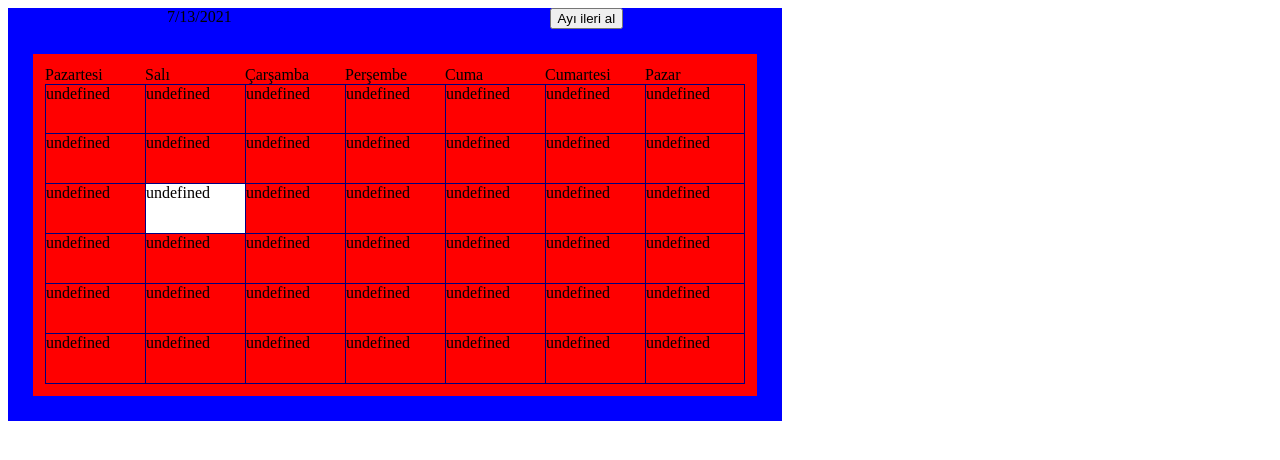
Repository: ahmetbugraozcan/javascript-calendar
Page: tablo.html
The author's editor kept a copy of each file at every save. The page is drawn from the files as they stood at one save, then again after the next save.
The browser window is 1280 px wide. The pictures show the whole page.
After loading, the first visible `button` was clicked once.

Above is the page before, as saved 2021-07-13 10:27:32.

### tablo.html
<!DOCTYPE html>
<html lang="en">

<head>
    <meta charset="UTF-8">
    <meta http-equiv="X-UA-Compatible" content="IE=edge">
    <meta name="viewport" content="width=device-width, initial-scale=1.0">
    <title>Document</title>
</head>
<!--pazartesi salı çarş... için arrayler oluştur. arraylere göre günleri yerleştir.-->
<style>
    * {
        box-sizing: border-box;
    }

    .cell-last {
        border-right: 1px solid navy;

    }

    .cell-top {
        border-top: 1px solid navy;
    }

    /* her hücre*/
    .cell,
    .cell-top,
    .cell-last {
        text-overflow: clip;
        white-space: nowrap;
        overflow: hidden;
        border-bottom: 1px solid navy;
        border-left: 1px solid navy;
        width: 100px;
        height: 50px;
    }


    /*tablonun kendisi*/
    .calendar {
        margin: 25px;
        padding: 12px;
        display: flex;
        width: fit-content;
        background-color: red;
    }


    .container {
        background-color: blue;
        display: flex;
        width: fit-content;
        flex-direction: column;
    }

    .test {
        display: flex;
        justify-content: space-around;
    }
</style>

<body>

    <div class="container">

        <div class="test">
            <span id="currentDate"></span>

            <span><button type="button" onclick="nextDate()">Ayı ileri al</button></span>
        </div>
        <div class="calendar">
            <div>
                <div>Pazartesi</div>
                <div class="cell-top" id="pazartesi0">1</div>
                <div class="cell" id="pazartesi1">1</div>
                <div class="cell" id="pazartesi2">1</div>
                <div class="cell" id="pazartesi3">1</div>
                <div class="cell" id="pazartesi4">1</div>
                <div class="cell" id="pazartesi5">1</div>
            </div>
            <div>
                <div>Salı</div>
                <div class="cell-top" id="sali0">1</div>
                <div class="cell" id="sali1">1</div>
                <div class="cell" id="sali2">1</div>
                <div class="cell" id="sali3">1</div>
                <div class="cell" id="sali4">1</div>
                <div class="cell" id="sali5">1</div>
            </div>
            <div>
                <div>Çarşamba</div>
                <div class="cell-top" id="carsamba0">1</div>
                <div class="cell" id="carsamba1">1</div>
                <div id="carsamba2" class="cell">1</div>
                <div id="carsamba3" class="cell">1</div>
                <div id="carsamba4" class="cell">1</div>
                <div id="carsamba5" class="cell">1</div>
            </div>
            <div>
                <div>Perşembe</div>
                <div class="cell-top" id="persembe0">1</div>
                <div class="cell" id="persembe1">1</div>
                <div id="persembe2" class="cell">1</div>
                <div id="persembe3" class="cell">1</div>
                <div id="persembe4" class="cell">1</div>
                <div id="persembe5" class="cell">1</div>
            </div>
            <div>
                <div>Cuma</div>
                <div class="cell-top" id="cuma0">1</div>
                <div class="cell" id="cuma1">1</div>
                <div id="cuma2" class="cell">1</div>
                <div id="cuma3" class="cell">1</div>
                <div id="cuma4" class="cell">1</div>
                <div id="cuma5" class="cell">1</div>
            </div>
            <div>
                <div>Cumartesi</div>
                <div class="cell-top" id="cumartesi0">1</div>
                <div class="cell" id="cumartesi1">1</div>
                <div class="cell" id="cumartesi2">1</div>
                <div class="cell" id="cumartesi3">1</div>
                <div class="cell" id="cumartesi4">1</div>
                <div class="cell" id="cumartesi5">1</div>

            </div>
            <div>
                <div>Pazar</div>
                <div id="pazar0" class="cell-top" style="border-right: 1px solid navy;">1</div>
                <div id="pazar1" class="cell-last">1</div>
                <div id="pazar2" class="cell-last">1</div>
                <div id="pazar3" class="cell-last">1</div>
                <div id="pazar4" class="cell-last">1</div>
                <div id="pazar5" class="cell-last">1</div>
            </div>
        </div>
    </div>
    <script>
        function daysInMonth(month, year) {
            return new Date(year, month, 0).getDate();
        }

        var pazartesi = [];
        var sali = [];
        var carsamba = [];
        var persembe = [];
        var cuma = [];
        var cumartesi = [];
        var pazar = [];
        var gunler = ["pazar", "pazartesi", "sali", "carsamba", "persembe", "cuma", "cumartesi"];
        var baslanacakDate = new Date(2021, 6, 1);

        fillCalendar();




        function fillCalendar(){
        var firstDate = baslanacakDate.getDay();
        if (firstDate == 0) {
            firstDate = 7;
        }
        baslanacakDate.setDate((baslanacakDate.getDate()) - (firstDate));
        // var today = new Date();
        // var todayWithoutTime = new Date(today.getFullYear(), today.getMonth(), today.getDate() );


        var counter = 0;
        for (let i = 1; i <= 42; i++) {
            baslanacakDate.setDate((baslanacakDate.getDate()) + (1));
            // bir tabloda 42 gün var o ayın kaç çektiğini bul bu aydan geriye kaç sayacağız ona bul bu aydan ileri kaç sayacağız onu bul ve ona göre bir date oluştur.
            //ardından bu for döngüsünü kullan

            // if(baslanacakDate.toDateString() ==  todayWithoutTime.toDateString()){
            //     console.log("bugün eşitlendi : " + i);
            //     counter = i;
            // }

            switch (baslanacakDate.getDay()) {
                case 0:
                    pazar.push(baslanacakDate.toLocaleDateString());

                    break;
                case 1:
                    pazartesi.push(baslanacakDate.toLocaleDateString());
                    break;
                case 2:
                    sali.push(baslanacakDate.toLocaleDateString());
                    break;
                case 3:
                    carsamba.push(baslanacakDate.toLocaleDateString());
                    break;

                case 4:
                    persembe.push(baslanacakDate.toLocaleDateString());
                    break;

                case 5:
                    cuma.push(baslanacakDate.toLocaleDateString());
                    break;

                case 6:
                    cumartesi.push(baslanacakDate.toLocaleDateString());
                    break;
            }
        }

        var currentDate = new Date();
        document.getElementById("currentDate").innerHTML = currentDate.toLocaleDateString();
        for (let i = 0; i < 6; i++) {
            document.getElementById(`pazar${i}`).innerHTML = pazar[i];
            document.getElementById(`pazartesi${i}`).innerHTML = pazartesi[i];
            document.getElementById(`sali${i}`).innerHTML = sali[i];
            document.getElementById(`carsamba${i}`).innerHTML = carsamba[i];
            document.getElementById(`persembe${i}`).innerHTML = persembe[i];
            document.getElementById(`cuma${i}`).innerHTML = cuma[i];
            document.getElementById(`cumartesi${i}`).innerHTML = cumartesi[i];
            if (pazar[i] == currentDate.toLocaleDateString()) {
                console.log("Bugün pazar");
                document.getElementById(`pazar${i}`).style.backgroundColor = "white";
            } else if (pazartesi[i] == currentDate.toLocaleDateString()) {
                console.log("Bugün pazartesi");
                document.getElementById(`pazartesi${i}`).style.backgroundColor = "white";
            } else if (sali[i] == currentDate.toLocaleDateString()) {
                console.log("Bugün sali");
                document.getElementById(`sali${i}`).style.backgroundColor = "white";
            } else if (carsamba[i] == currentDate.toLocaleDateString()) {
                console.log("Bugün carsamba");
                document.getElementById(`carsamba${i}`).style.backgroundColor = "white";
            } else if (persembe[i] == currentDate.toLocaleDateString()) {
                console.log("Bugün persembe");
                document.getElementById(`persembe${i}`).style.backgroundColor = "white";
            } else if (cuma[i] == currentDate.toLocaleDateString()) {
                console.log("Bugün cuma");
                document.getElementById(`cuma${i}`).style.backgroundColor = "white";
            } else if (cumartesi[i] == currentDate.toLocaleDateString()) {
                console.log("Bugün cumartesi");
                document.getElementById(`cumartesi${i}`).style.backgroundColor = "white";
            }
        }
        }
        function nextDate(){
            pazar = [];
            pazartesi = [];
            sali = [];
            carsamba = [];
            persembe = [];
            cuma = [];
            cumartesi = [];
            baslanacakDate.setMonth((baslanacakDate.month) + (1));
            console.log("datemiz :  " + baslanacakDate);
            fillCalendar();                }
    </script>



</html>

After the next save:
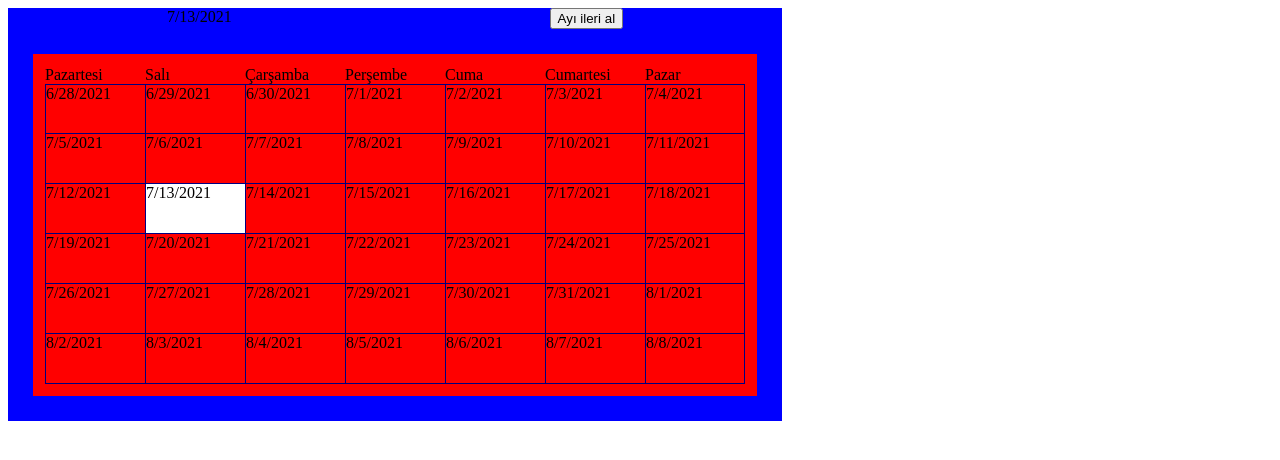
Console error: TypeError: baslanacakDate.month is not a function
Saved 6 s later.
--- a/tablo.html
+++ b/tablo.html
@@ -247,7 +247,7 @@
             persembe = [];
             cuma = [];
             cumartesi = [];
-            baslanacakDate.setMonth((baslanacakDate.month) + (1));
+            baslanacakDate.setMonth((baslanacakDate.month()) + (1));
             console.log("datemiz :  " + baslanacakDate);
             fillCalendar();                }
     </script>

After the save that followed:
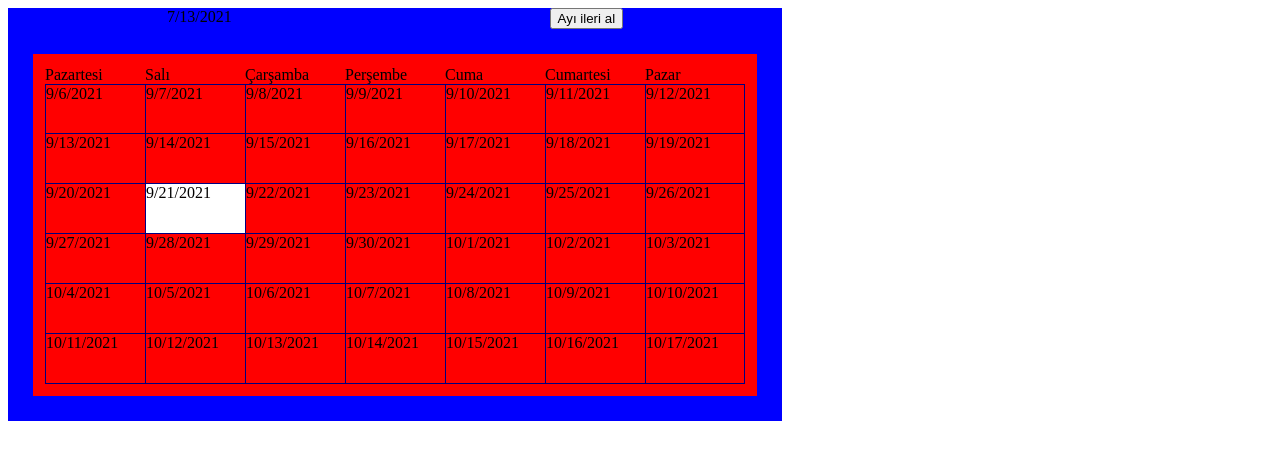
The error is gone.
Saved 14 s later.
--- a/tablo.html
+++ b/tablo.html
@@ -247,7 +247,7 @@
             persembe = [];
             cuma = [];
             cumartesi = [];
-            baslanacakDate.setMonth((baslanacakDate.month()) + (1));
+            baslanacakDate.setMonth((baslanacakDate.getMonth()) + (1));
             console.log("datemiz :  " + baslanacakDate);
             fillCalendar();                }
     </script>
